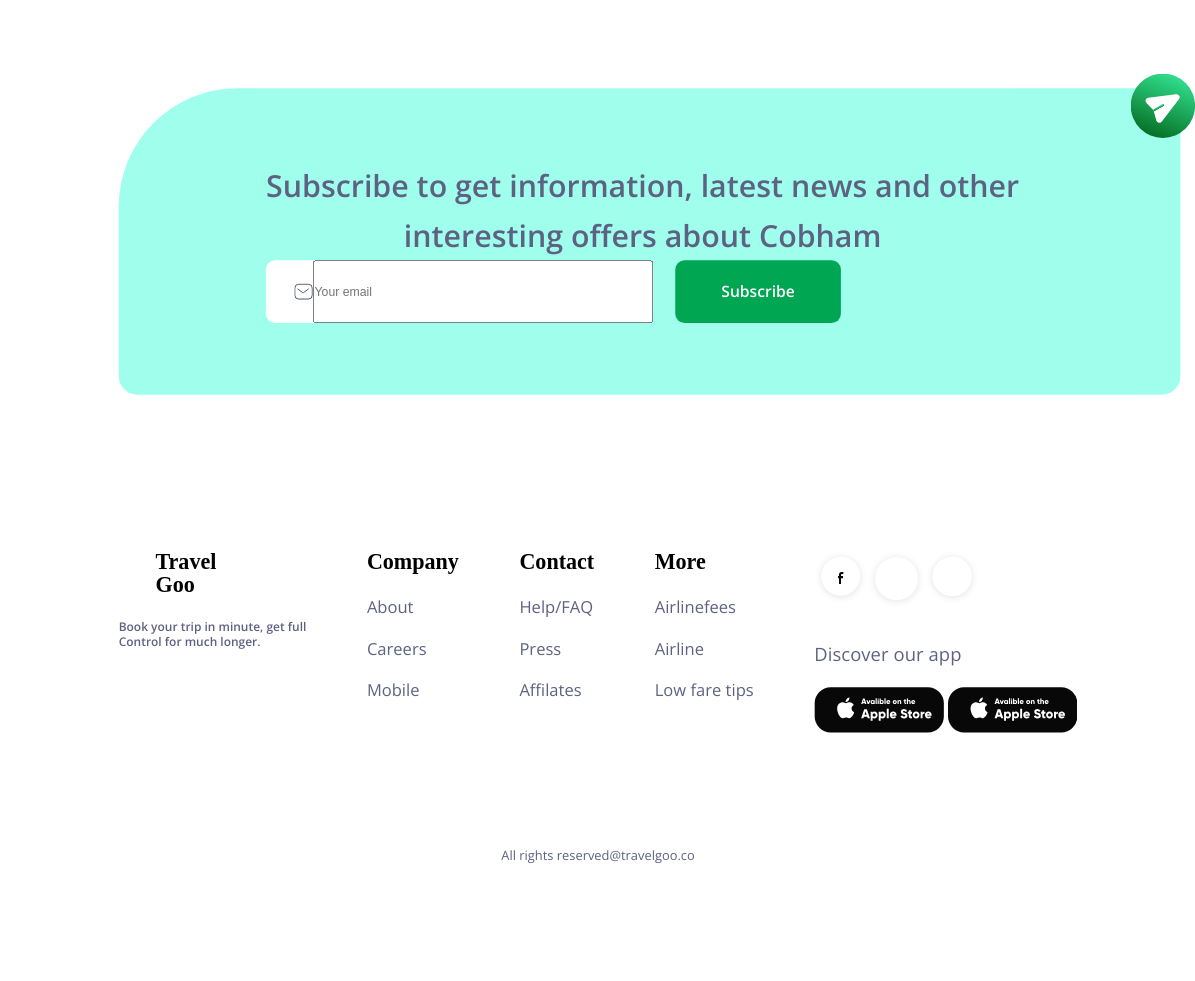
Repository: HeybetzadeQedim/task-5
Page: index.html
The author's editor kept a copy of each file at every save. The page is drawn from the files as they stood at one save, then again after the next save.
The browser window is 1280 px wide. The page is 1299 px wide, so the pictures cover 1299 px, including what lies to the right of the window. The pictures show the whole page, at 92% of full size.
Some web fonts or font styles are not loaded; a fallback is used.

Above is the page before, as saved 2023-10-16 16:19:25.

After the next save:
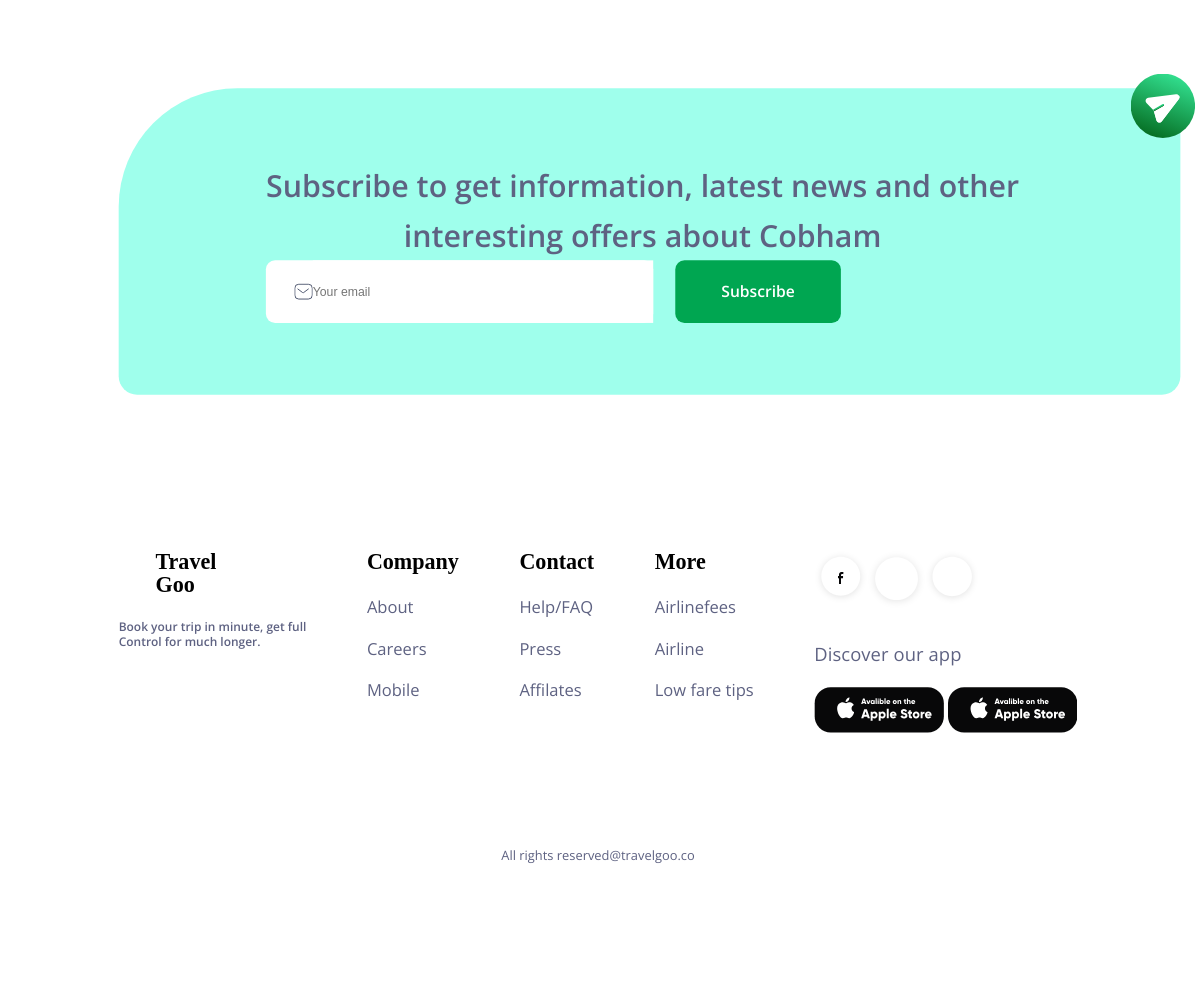
Saved 5 s later.
--- a/index.css
+++ b/index.css
@@ -181,5 +181,5 @@ align-items: center;
 form input{
 width: 100%;
 height: 100%;
-border-radius: ;
+border: none;
 }
